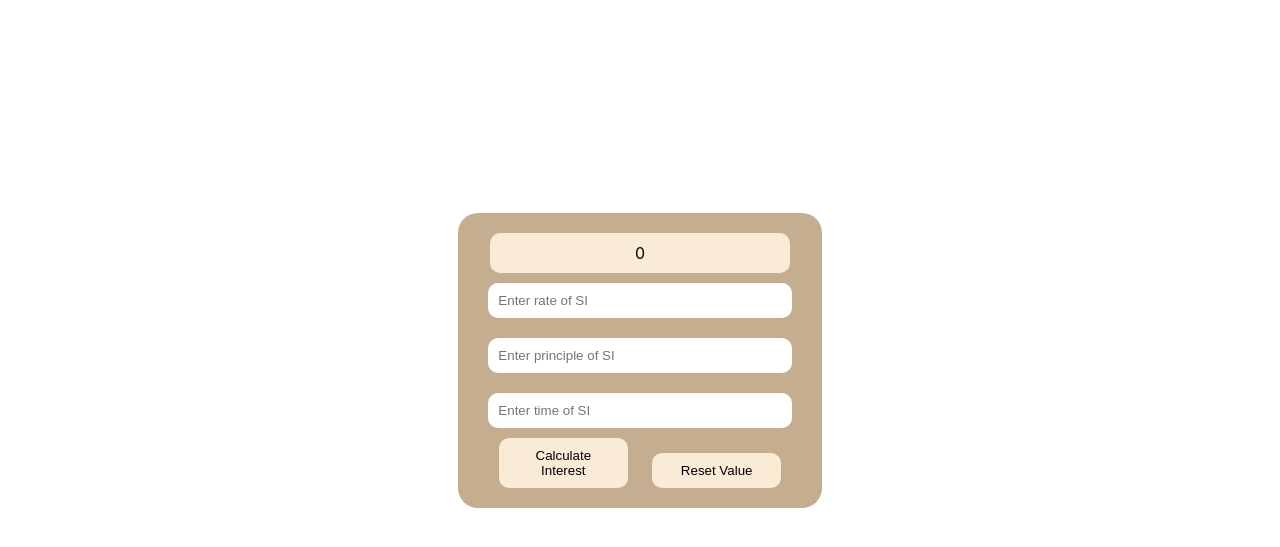
Repository: purnimapatel/SI-calculator
Page: /
The author's editor kept a copy of each file at every save. The page is drawn from the files as they stood at one save, then again after the next save.
The browser window is 1280 px wide. The pictures show the whole page.
The project was rebuilt for these pictures with package versions that can differ from the ones it lists, and the page was loaded fresh each time.

Above is the page before, as saved 2024-08-26 12:13:20.

After the next save:
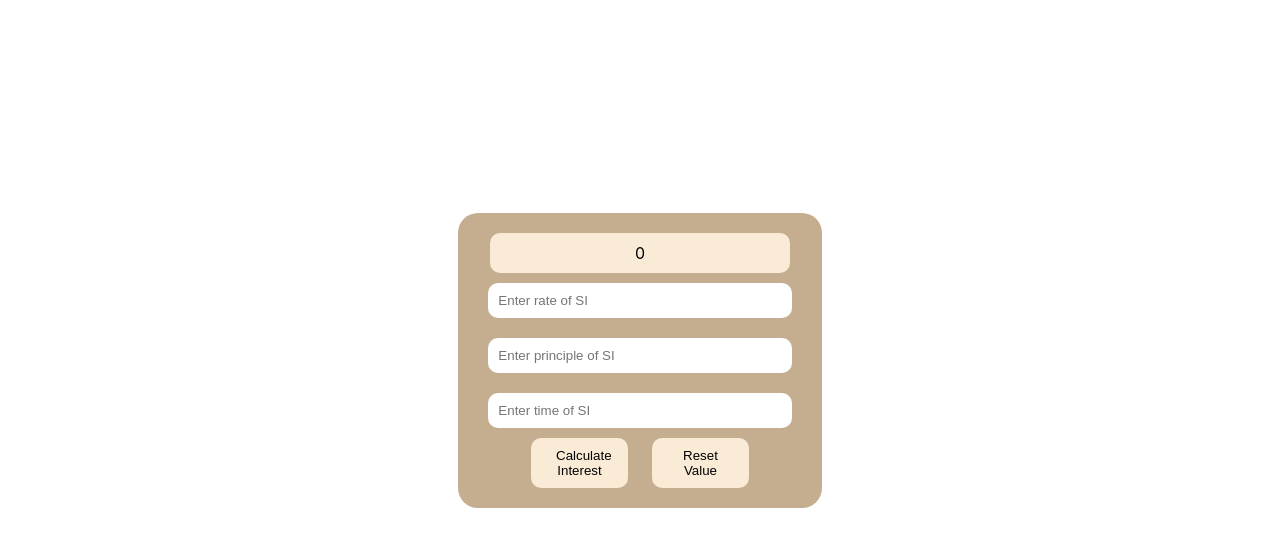
Saved 19 s later.
--- a/src/App.css
+++ b/src/App.css
@@ -54,7 +54,7 @@ input[type=number] {
   border:none;
   border-radius: 10px;
   background-color:antiquewhite;
-  width:40%;
+  width:30%;
 }
 .btn:hover{
   background-color:rgb(205, 214, 174);
